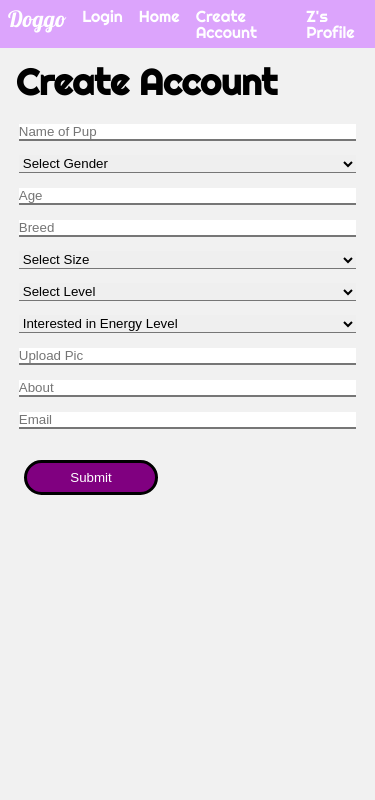
Repository: rh1456/capstone
Page: /2
The author's editor kept a copy of each file at every save. The page is drawn from the files as they stood at one save, then again after the next save.
The browser window is 375 px wide. The pictures show the whole page.
Some web libraries are served in a nearby version. The project was rebuilt for these pictures with package versions that can differ from the ones it lists, and the page was loaded fresh each time. Also part of the build but not shown: src/pages/MainPage.jsx, src/pages/DoggoLandingPage.jsx, src/pages/DogProfile.jsx, src/pages/PlayDateForm.jsx, src/pages/ProfileSettings.jsx.

Above is the page before, as saved 2020-01-13 11:33:34.

After the next save:
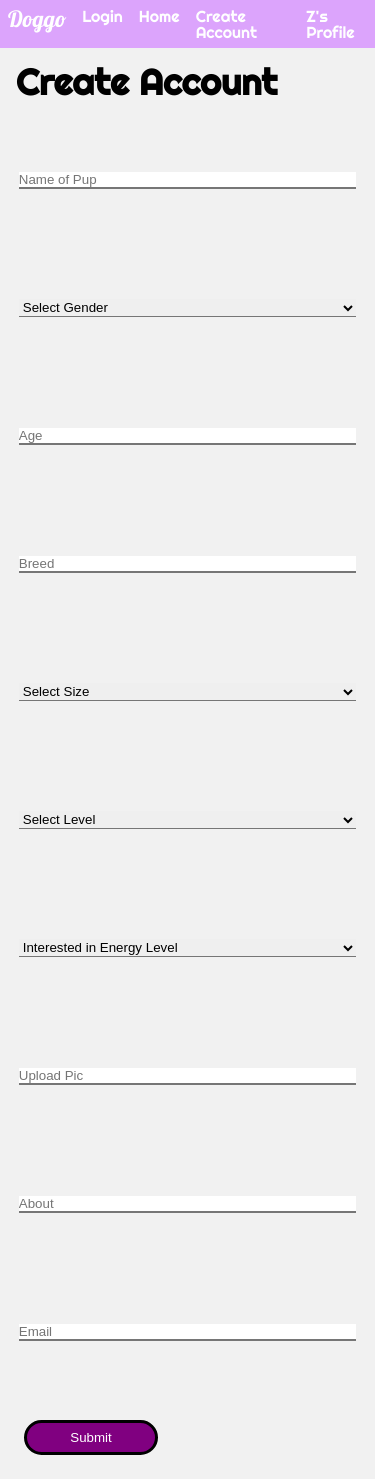
Saved 7 s later.
--- a/src/pages/createAccount.css
+++ b/src/pages/createAccount.css
@@ -9,7 +9,7 @@
   }
 
   .create-account-details {
-    height: 2rem;
+    height: 8rem;
     width: auto;
     /* background: #0f2027; /* fallback for old browsers */
     /* background: linear-gradient(to right, #2c5364, #203a43, #0f2027); */
